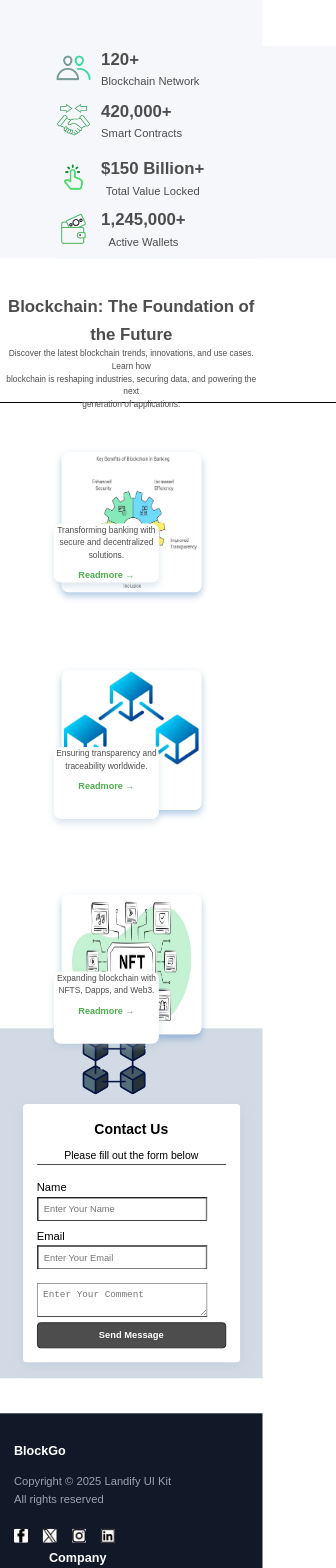
Repository: Tafsirul555/Assignment
Page: Assignment/index.html
The author's editor kept a copy of each file at every save. The page is drawn from the files as they stood at one save, then again after a run of saves.
The browser window is 375 px wide. The page is 480 px wide, so the pictures cover 480 px, including what lies to the right of the window. The pictures show the part of the page from y = 2330 to 4570 px (the page is 5110 px tall), at 70% of full size.

Above is the page before, as saved 2025-06-12 23:32:12.

After the next 3 saves:
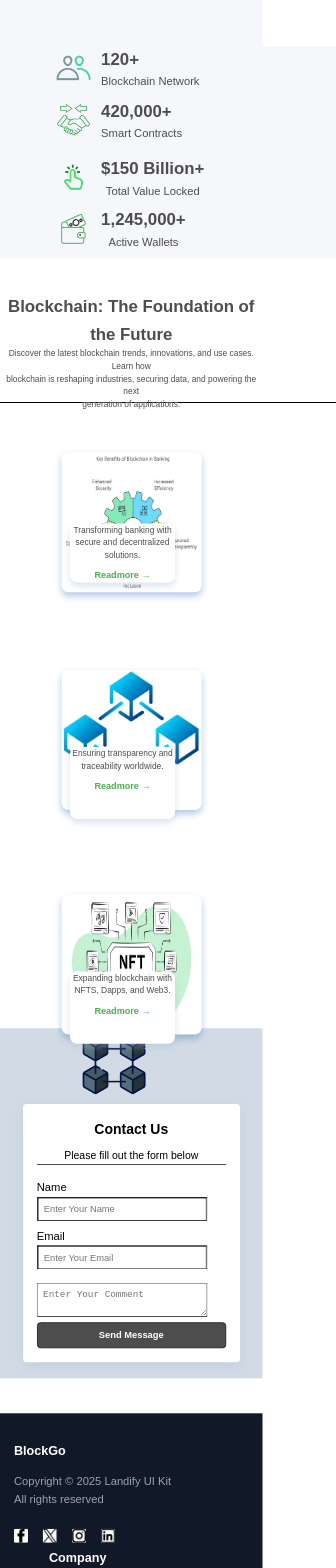
The 3 saves are shown as one change because they came seconds apart.
The last was saved 12 s later.
--- a/Assignment/Assignment1.css
+++ b/Assignment/Assignment1.css
@@ -514,7 +514,7 @@ article img{
         text-align: center;
         position: relative;
         margin-top: -200px;
-        margin-right: -300px;
+       margin-left: 100px;
 
     }
 }
